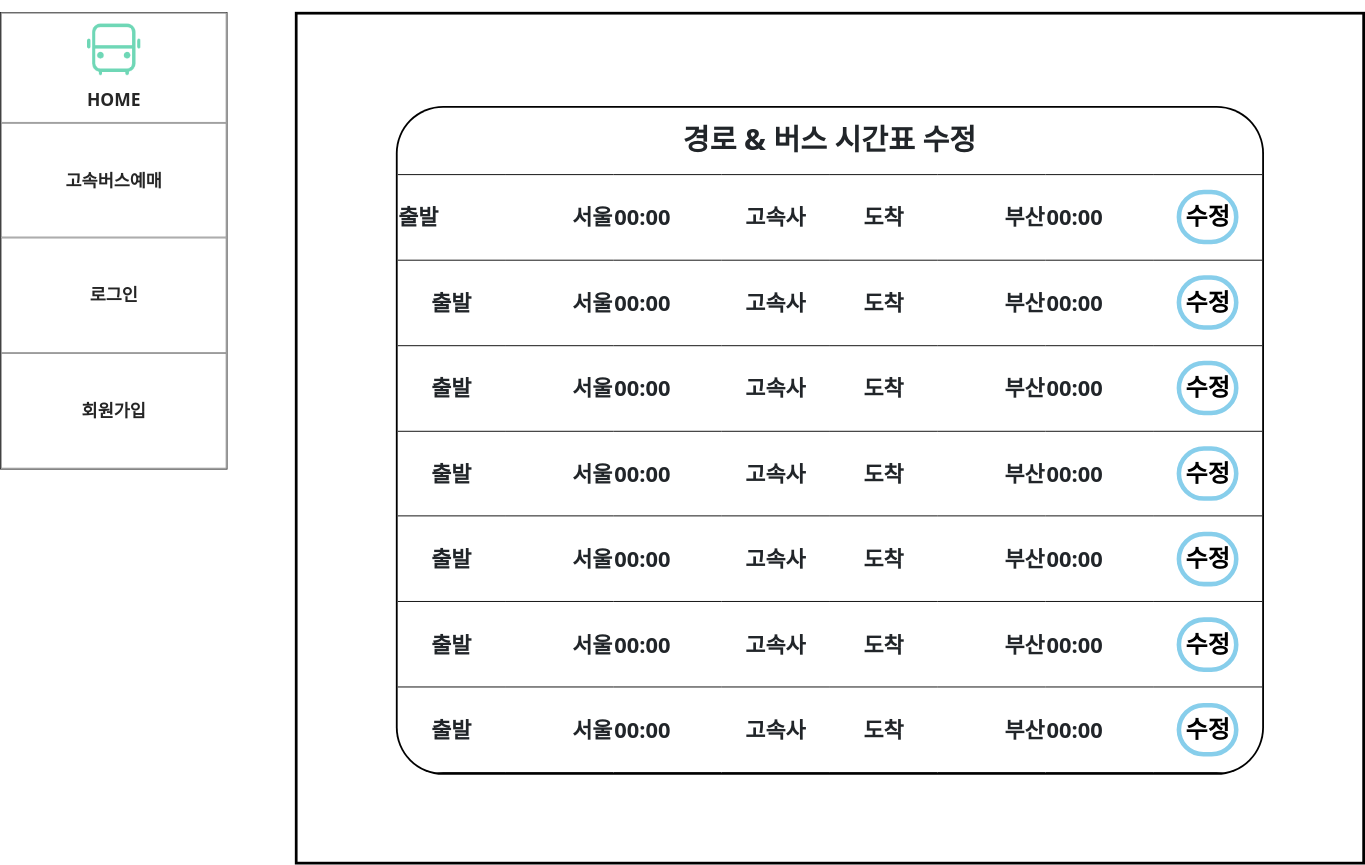
Repository: rudqhd79/spring_personal
Page: http://localhost/edit/edit
These files come from the project's save history. The page is drawn as it stood at one moment and after the next save; the edit follows.
The browser window is 1280 px wide. The page is 1500 px wide, so the pictures cover 1500 px, including what lies to the right of the window. The pictures show the whole page, at 91% of full size.
The page is this project's Thymeleaf template; nobody is signed in. The template is opened directly, without the code that normally fills it, so the values that code supplies are empty.

Above is the page before, as saved 2023-02-05 13:33:16.

### bus-reservation/src/main/resources/templates/edit/edit.html
<!DOCTYPE html>
<html xmlns:th="http://www.thymeleaf.org"
	xmlns:layout="http://www.ultraq.net.nz/thymeleaf/layout">
<link rel="stylesheet"
	href="//maxcdn.bootstrapcdn.com/bootstrap/latest/css/bootstrap.min.css">
<script src="//code.jquery.com/jquery.min.js"></script>
<script
	src="//maxcdn.bootstrapcdn.com/bootstrap/latest/js/bootstrap.min.js"></script>
<head>
<meta charset="UTF-8">
<title>main</title>

<!-- bootstrap css -->
<link
	href="https://cdn.jsdelivr.net/npm/bootstrap@5.3.0-alpha1/dist/css/bootstrap.min.css"
	rel="stylesheet"
	integrity="sha384-GLhlTQ8iRABdZLl6O3oVMWSktQOp6b7In1Zl3/Jr59b6EGGoI1aFkw7cmDA6j6gD"
	crossorigin="anonymous">
<link th:href="@{/css/all.css}" rel="stylesheet">
<!-- bootstrap js, popper -->
<script
	src="https://cdn.jsdelivr.net/npm/@popperjs/core@2.11.6/dist/umd/popper.min.js"
	integrity="sha384-oBqDVmMz9ATKxIep9tiCxS/Z9fNfEXiDAYTujMAeBAsjFuCZSmKbSSUnQlmh/jp3"
	crossorigin="anonymous"></script>
<script
	src="https://cdn.jsdelivr.net/npm/bootstrap@5.3.0-alpha1/dist/js/bootstrap.min.js"
	integrity="sha384-mQ93GR66B00ZXjt0YO5KlohRA5SY2XofN4zfuZxLkoj1gXtW8ANNCe9d5Y3eG5eD"
	crossorigin="anonymous"></script>
<!-- jquery  -->
<script src="https://code.jquery.com/jquery-3.6.3.min.js"
	integrity="sha256-pvPw+upLPUjgMXY0G+8O0xUf+/Im1MZjXxxgOcBQBXU="
	crossorigin="anonymous"></script>
<th:block layout:fragment="script"></th:block>
<th:block layout:fragment="css"></th:block>
</head>
<body>
	<form th:action="@{edit_input}" method="post">
		<div class="fragment-sidebar">
			<div th:replace="fragments/sidebar::sidebar"></div>
			<div class="base_angle" style="margin-top: 1vw">
				<div class="edit_border">
					<div style="text-align: center; font-size: 2em; margin: 10px 0 15px 0; font-weight: bolder">경로 & 버스 시간표 수정</div>
					<table class="edit_table" style="width:100%; height:90%;">
						<tr style="font-size: 1.5em; width: 80%;" class="edit_tr">
							<th class="edit_td">출발</th>
							<th class="edit_td" style="width:calc(100%/8); text-align: right">서울</th>
							<th class="edit_td" style="width:calc(100%/8); text-align: left">00:00</th>
							<th class="edit_td" style="width:calc(100%/8); text-align: center">고속사</th>
							<th class="edit_td" style="width:calc(100%/8); text-align: center">도착</th>
							<th class="edit_td" style="width:calc(100%/8); text-align: right;">부산</th>
							<th class="edit_td" style="width:calc(100%/8); text-align: left">00:00</th>
							<th class="edit_td" style="width:calc(100%/8); text-align: center"><input type="submit" value="수정" style="border: 5px solid skyblue; border-radius: 30px; font-size: 1.1em; background:  white; padding: 5px; font-weight: 800;" /></th>
						</tr>
						<tr style="font-size: 1.5em; width: 80%;" class="edit_tr">
							<th class="edit_td" style="width:calc(100%/8); text-align: center">출발</th>
							<th class="edit_td" style="width:calc(100%/8); text-align: right">서울</th>
							<th class="edit_td" style="width:calc(100%/8); text-align: left">00:00</th>
							<th class="edit_td" style="width:calc(100%/8); text-align: center">고속사</th>
							<th class="edit_td" style="width:calc(100%/8); text-align: center">도착</th>
							<th class="edit_td" style="width:calc(100%/8); text-align: right;">부산</th>
							<th class="edit_td" style="width:calc(100%/8); text-align: left">00:00</th>
							<th class="edit_td" style="width:calc(100%/8); text-align: center"><input type="submit" value="수정" style="border: 5px solid skyblue; border-radius: 30px; font-size: 1.1em; background:  white; padding: 5px; font-weight: 800;" /></th>
						</tr>
						<tr style="font-size: 1.5em; width: 80%;" class="edit_tr">
							<th class="edit_td" style="width:calc(100%/8); text-align: center">출발</th>
							<th class="edit_td" style="width:calc(100%/8); text-align: right">서울</th>
							<th class="edit_td" style="width:calc(100%/8); text-align: left">00:00</th>
							<th class="edit_td" style="width:calc(100%/8); text-align: center">고속사</th>
							<th class="edit_td" style="width:calc(100%/8); text-align: center">도착</th>
							<th class="edit_td" style="width:calc(100%/8); text-align: right;">부산</th>
							<th class="edit_td" style="width:calc(100%/8); text-align: left">00:00</th>
							<th class="edit_td" style="width:calc(100%/8); text-align: center"><input type="submit" value="수정" style="border: 5px solid skyblue; border-radius: 30px; font-size: 1.1em; background:  white; padding: 5px; font-weight: 800;" /></th>
						</tr>
						<tr style="font-size: 1.5em; width: 80%;" class="edit_tr">
							<th class="edit_td" style="width:calc(100%/8); text-align: center">출발</th>
							<th class="edit_td" style="width:calc(100%/8); text-align: right">서울</th>
							<th class="edit_td" style="width:calc(100%/8); text-align: left">00:00</th>
							<th class="edit_td" style="width:calc(100%/8); text-align: center">고속사</th>
							<th class="edit_td" style="width:calc(100%/8); text-align: center">도착</th>
							<th class="edit_td" style="width:calc(100%/8); text-align: right;">부산</th>
							<th class="edit_td" style="width:calc(100%/8); text-align: left">00:00</th>
							<th class="edit_td" style="width:calc(100%/8); text-align: center"><input type="submit" value="수정" style="border: 5px solid skyblue; border-radius: 30px; font-size: 1.1em; background:  white; padding: 5px; font-weight: 800;" /></th>
						</tr>
						<tr style="font-size: 1.5em; width: 80%;" class="edit_tr">
							<th class="edit_td" style="width:calc(100%/8); text-align: center">출발</th>
							<th class="edit_td" style="width:calc(100%/8); text-align: right">서울</th>
							<th class="edit_td" style="width:calc(100%/8); text-align: left">00:00</th>
							<th class="edit_td" style="width:calc(100%/8); text-align: center">고속사</th>
							<th class="edit_td" style="width:calc(100%/8); text-align: center">도착</th>
							<th class="edit_td" style="width:calc(100%/8); text-align: right;">부산</th>
							<th class="edit_td" style="width:calc(100%/8); text-align: left">00:00</th>
							<th class="edit_td" style="width:calc(100%/8); text-align: center"><input type="submit" value="수정" style="border: 5px solid skyblue; border-radius: 30px; font-size: 1.1em; background:  white; padding: 5px; font-weight: 800;" /></th>
						</tr>
						<tr style="font-size: 1.5em; width: 80%;" class="edit_tr">
							<th class="edit_td" style="width:calc(100%/8); text-align: center">출발</th>
							<th class="edit_td" style="width:calc(100%/8); text-align: right">서울</th>
							<th class="edit_td" style="width:calc(100%/8); text-align: left">00:00</th>
							<th class="edit_td" style="width:calc(100%/8); text-align: center">고속사</th>
							<th class="edit_td" style="width:calc(100%/8); text-align: center">도착</th>
							<th class="edit_td" style="width:calc(100%/8); text-align: right;">부산</th>
							<th class="edit_td" style="width:calc(100%/8); text-align: left">00:00</th>
							<th class="edit_td" style="width:calc(100%/8); text-align: center"><input type="submit" value="수정" style="border: 5px solid skyblue; border-radius: 30px; font-size: 1.1em; background:  white; padding: 5px; font-weight: 800;" /></th>
						</tr>
						<tr style="font-size: 1.5em; width: 80%;" class="edit_tr">
							<th class="edit_td" style="width:calc(100%/8); text-align: center">출발</th>
							<th class="edit_td" style="width:calc(100%/8); text-align: right">서울</th>
							<th class="edit_td" style="width:calc(100%/8); text-align: left">00:00</th>
							<th class="edit_td" style="width:calc(100%/8); text-align: center">고속사</th>
							<th class="edit_td" style="width:calc(100%/8); text-align: center">도착</th>
							<th class="edit_td" style="width:calc(100%/8); text-align: right;">부산</th>
							<th class="edit_td" style="width:calc(100%/8); text-align: left">00:00</th>
							<th class="edit_td" style="width:calc(100%/8); text-align: center"><input type="submit" value="수정" style="border: 5px solid skyblue; border-radius: 30px; font-size: 1.1em; background:  white; padding: 5px; font-weight: 800;" /></th>
						</tr>
					</table>
				</div>
			</div>
		</div>
	</form>
</body>
</html>

### bus-reservation/src/main/resources/templates/fragments/sidebar.html
<!DOCTYPE html>
<html xmlns:th="http://www.thymeleaf.org"
      xmlns:sec="http://www.thymeleaf.org/extras/spring-security">
<head>
<meta charset="UTF-8">
<title>Insert title here</title>
<link rel="stylesheet"
	href="//maxcdn.bootstrapcdn.com/bootstrap/latest/css/bootstrap.min.css">
<script src="//code.jquery.com/jquery.min.js"></script>
<script
	src="//maxcdn.bootstrapcdn.com/bootstrap/latest/js/bootstrap.min.js"></script>
</head>
<body>
<!-- 사이드바 -->
	<div th:fragment="sidebar" class="sidebar-total">
		<div id="page-wrapper">
			<div id="sidebar-wrapper">
				<ul class="sidebar-nav">
					<li class="sidebar-main">
						<a href="/">
						<img src="/img/bus_icon.png" style="width:60px; height: 60px; margin-top: 10px;">
							<p class="home">HOME</p>
						</a>
					</li>
					<li class="sidebar-main sidebar-nav_li">
						<a href="/">고속버스예매</a>
					</li>
					<li class="sidebar-main sidebar-nav_li" sec:authorize="isAnonymous()">
						<a href="login">로그인</a>
					</li>
					<li class="sidebar-main sidebar-nav_li" sec:authorize="isAuthenticated()">
						<a href="logout">로그아웃</a>
					</li>
					<li class="sidebar-main sidebar-nav_li" sec:authorize="isAnonymous()">
						<a href="join">회원가입</a>
					</li>
					<li class="sidebar-main sidebar-nav_li"  sec:authorize="isAuthenticated()">
						<a href="check">예매확인 (좌석변경)</a>
					</li>
					<li class="sidebar-main sidebar-nav_li"  sec:authorize="isAuthenticated()">
						<a href="cancel">예매취소</a>
					</li>
					<li class="sidebar-main sidebar-nav_li" sec:authorize="hasAnyAuthority('ROLE_ADMIN')">
						<a href="edit">수정 (관리자 전용)</a>
					</li>
				</ul>
			</div>
		</div>
	</div>
<!-- /사이드바 -->
</body>
</html>

Loaded but not shown: bus-reservation/src/main/resources/static/css/all.css (library)

After the next save:
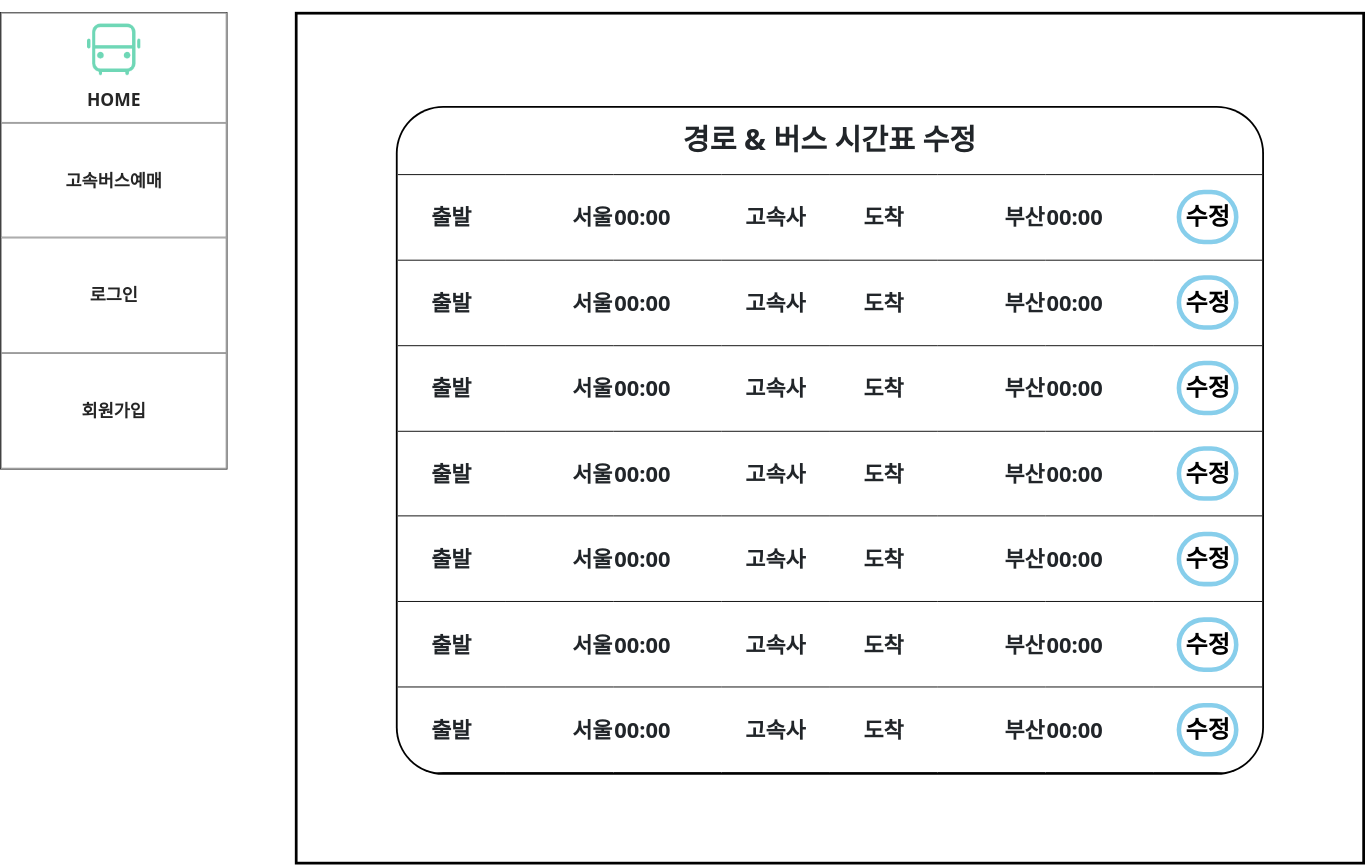
Saved 4 s later.
--- a/bus-reservation/src/main/resources/templates/edit/edit.html
+++ b/bus-reservation/src/main/resources/templates/edit/edit.html
@@ -42,7 +42,7 @@
 					<div style="text-align: center; font-size: 2em; margin: 10px 0 15px 0; font-weight: bolder">경로 & 버스 시간표 수정</div>
 					<table class="edit_table" style="width:100%; height:90%;">
 						<tr style="font-size: 1.5em; width: 80%;" class="edit_tr">
-							<th class="edit_td">출발</th>
+							<th class="edit_td" style="width:calc(100%/8); text-align: center">출발</th>
 							<th class="edit_td" style="width:calc(100%/8); text-align: right">서울</th>
 							<th class="edit_td" style="width:calc(100%/8); text-align: left">00:00</th>
 							<th class="edit_td" style="width:calc(100%/8); text-align: center">고속사</th>
